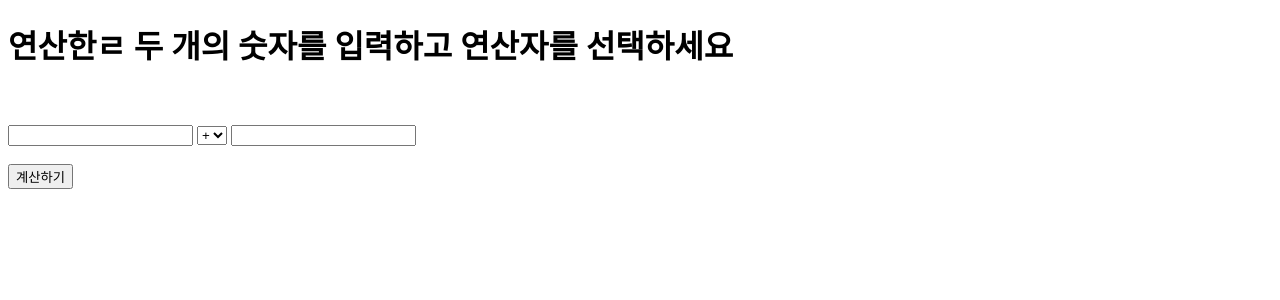
Repository: shashak23/spring_workspace
Page: springweb/src/main/webapp/resources/sample02/tlgk.html
The author's editor kept a copy of each file at every save. The page is drawn from the files as they stood at one save, then again after the next save.
The browser window is 1280 px wide. The pictures show the whole page.

Above is the page before, as saved 2023-02-24 08:03:07.

### springweb/src/main/webapp/resources/sample02/tlgk.html
<!DOCTYPE html>
<html>
<head>
<meta charset="UTF-8">
<title>Insert title here</title>
</head>
<body>
	<h1>연산한ㄹ 두 개의 숫자를 입력하고 연산자를 선택하세요</h1>
	<br><br>
	<form action="/springweb/cal.do" method="post">
	  <input type="number" name="firstNum"  required="required">
		<select name="operator">
			<option> + <option>
			<option> - <option>
			<option> / <option>
			<option> * <option>
		</select>
		<input type="number" name="secondNum"  required="required">
			<br><br>
		<input type="submit" value="계산하기">
	</form>

</body>
</html>

After the next save:
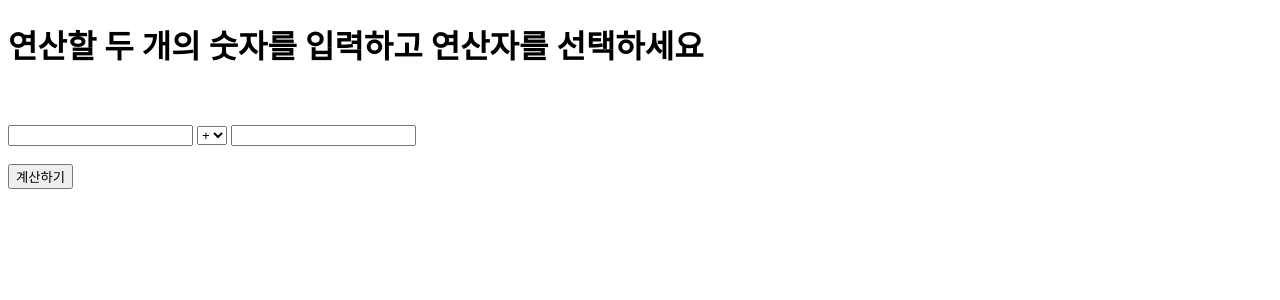
Saved 5 min 23 s later.
--- a/springweb/src/main/webapp/resources/sample02/tlgk.html
+++ b/springweb/src/main/webapp/resources/sample02/tlgk.html
@@ -5,7 +5,7 @@
 <title>Insert title here</title>
 </head>
 <body>
-	<h1>연산한ㄹ 두 개의 숫자를 입력하고 연산자를 선택하세요</h1>
+	<h1>연산할 두 개의 숫자를 입력하고 연산자를 선택하세요</h1>
 	<br><br>
 	<form action="/springweb/cal.do" method="post">
 	  <input type="number" name="firstNum"  required="required">
